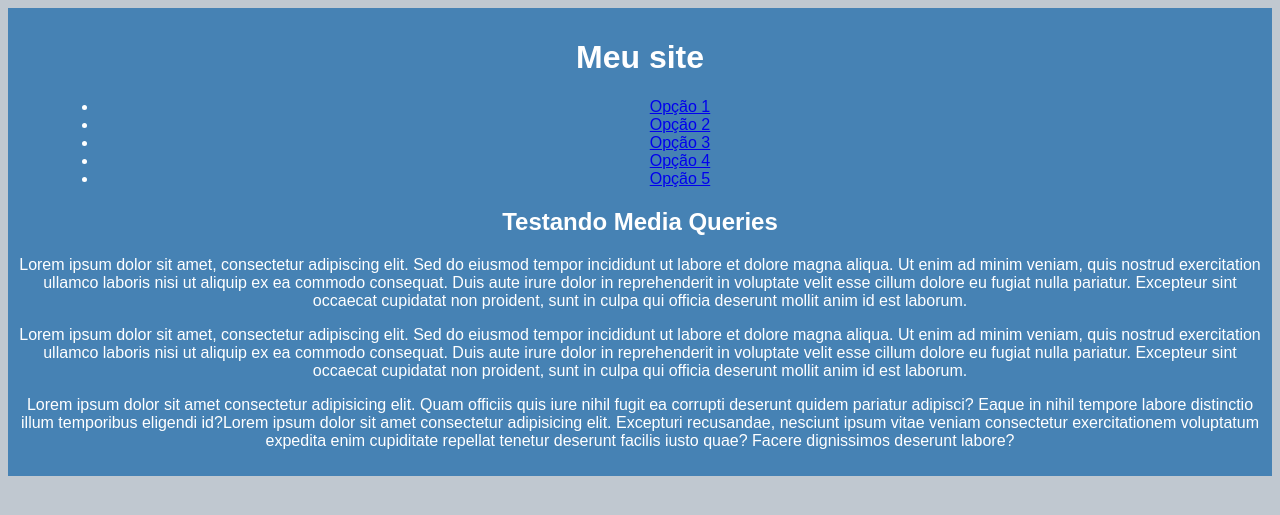
Repository: Sandro1969-tech/menu-hamburger
Page: index.html
These files come from the project's save history. The page is drawn as it stood at one moment and after the next save; the edit follows.
The browser window is 1280 px wide. The pictures show the whole page.

Above is the page before, as saved 2025-12-25 18:00:44.

### index.html
<!DOCTYPE html>
<html lang="pt-br">
<head>
    <meta charset="UTF-8">
    <meta name="viewport" content="width=device-width, initial-scale=1.0">
    <title>Media Queries</title>
    <link rel="stylesheet" href="style.css">
</head>
<body>
  <header>
    <main>
            <h1>Meu site</h1>
            <menu>
                <ul>
                    <li><a href="#">Opção 1</a></li>
                    <li><a href="#">Opção 2</a></li>
                    <li><a href="#">Opção 3</a></li>
                    <li><a href="#">Opção 4</a></li>
                    <li><a href="#">Opção 5</a></li>
                </ul>
            </menu>
                <article>
                    <h2>Testando Media Queries</h2>
                    <p>Lorem ipsum dolor sit amet, consectetur adipiscing elit. Sed do eiusmod tempor incididunt ut labore et dolore magna aliqua. Ut enim ad minim veniam, quis nostrud exercitation ullamco laboris nisi ut aliquip ex ea commodo consequat. Duis aute irure dolor in reprehenderit in voluptate velit esse cillum dolore eu fugiat nulla pariatur. Excepteur sint occaecat cupidatat non proident, sunt in culpa qui officia deserunt mollit anim id est laborum.</p>
                    <p>Lorem ipsum dolor sit amet, consectetur adipiscing elit. Sed do eiusmod tempor incididunt ut labore et dolore magna aliqua. Ut enim ad minim veniam, quis nostrud exercitation ullamco laboris nisi ut aliquip ex ea commodo consequat. Duis aute irure dolor in reprehenderit in voluptate velit esse cillum dolore eu fugiat nulla pariatur. Excepteur sint occaecat cupidatat non proident, sunt in culpa qui officia deserunt mollit anim id est laborum.</p>
                    <p> Lorem ipsum dolor sit amet consectetur adipisicing elit. Quam officiis quis iure nihil fugit ea corrupti deserunt quidem pariatur adipisci? Eaque in nihil tempore labore distinctio illum temporibus eligendi id?Lorem ipsum dolor sit amet consectetur adipisicing elit. Excepturi recusandae, nesciunt ipsum vitae veniam consectetur exercitationem voluptatum expedita enim cupiditate repellat tenetur deserunt facilis iusto quae? Facere dignissimos deserunt labore?</p>
                </article>
    </main>
  </header>
</body>
</html>

### style.css
@charset "UTF-8";

* {
    font-family: Arial, Helvetica, sans-serif;
}

body {
    background-color:
    rgba(119, 136, 153, 0.459);
}
header {
    background-color: rgb(70, 130, 180);
    color: white;
    text-align: center;
    padding: 10px;
}

After the next save:
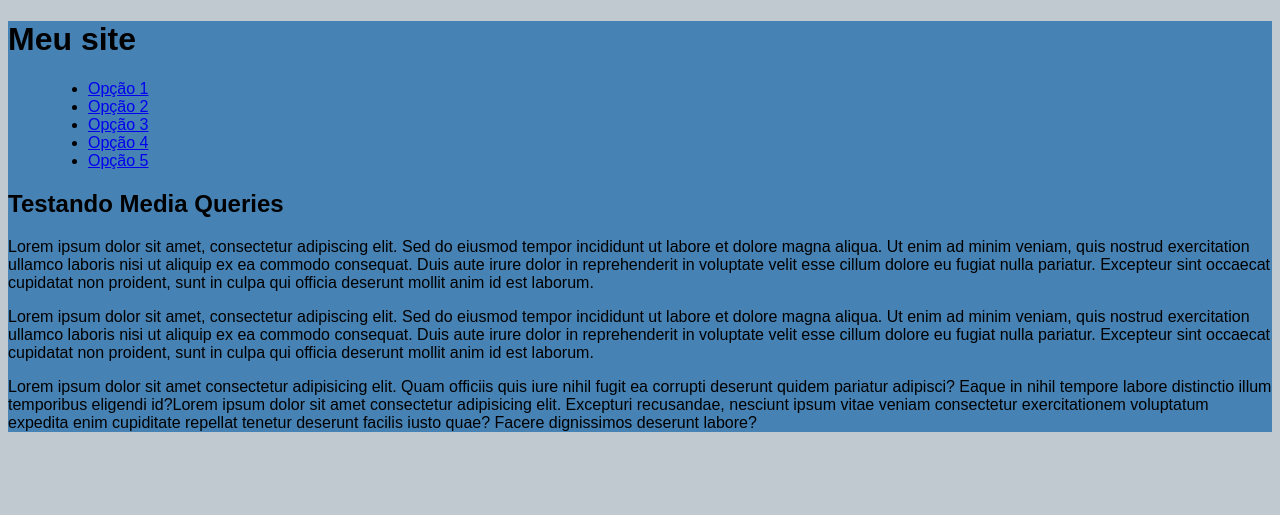
Saved 54 s later.
--- a/style.css
+++ b/style.css
@@ -10,7 +10,4 @@ body {
 }
 header {
     background-color: rgb(70, 130, 180);
-    color: white;
-    text-align: center;
-    padding: 10px;
 }
